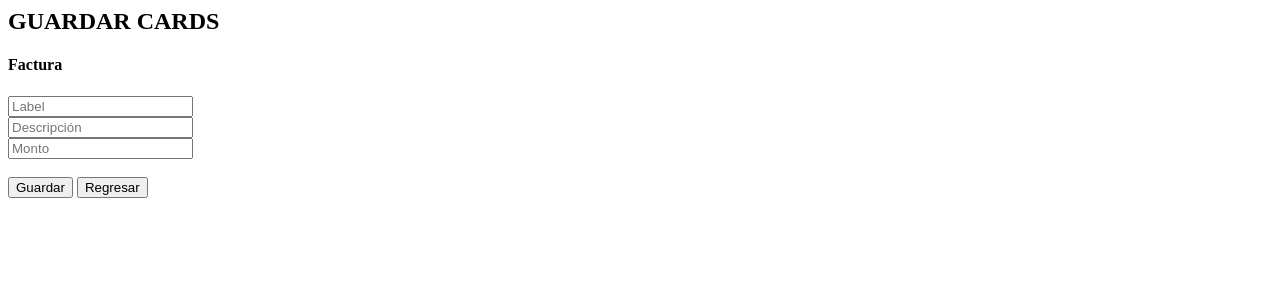
Repository: raalzate/creditcard
Page: CreditCardWeb/src/main/webapp/bill/save.html
An editor plug-in stored every save of this project. The page is shown before and after the next save, followed by the edit.
The browser window is 1280 px wide. The pictures show the whole page.

Above is the page before, as saved 2016-06-09 15:37:26.

After the next save:
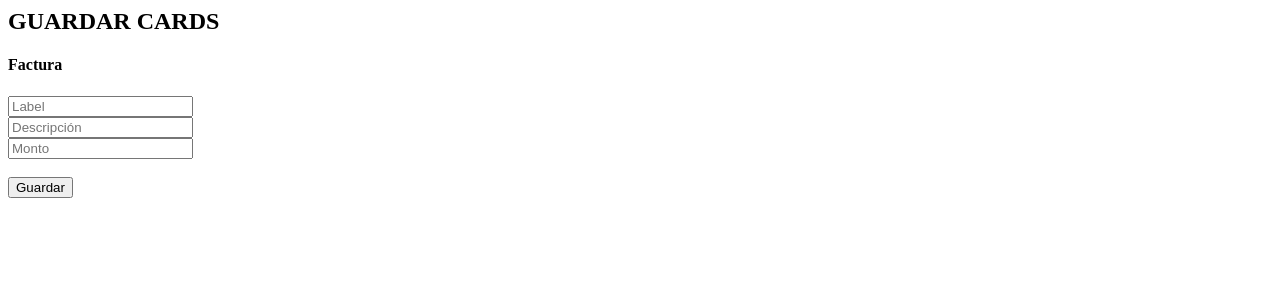
Saved 7 s later.
--- a/CreditCardWeb/src/main/webapp/bill/save.html
+++ b/CreditCardWeb/src/main/webapp/bill/save.html
@@ -6,6 +6,5 @@
 	<input type="number" name="mount" required placeholder="Monto" ng-model="mount"> <br />
 	<br />
 	<button name="save" ng-click="onClickSaveBill()">Guardar</button>
-	<button name="return" ng-click="onPressBack()">Regresar</button>
 
 </div>
